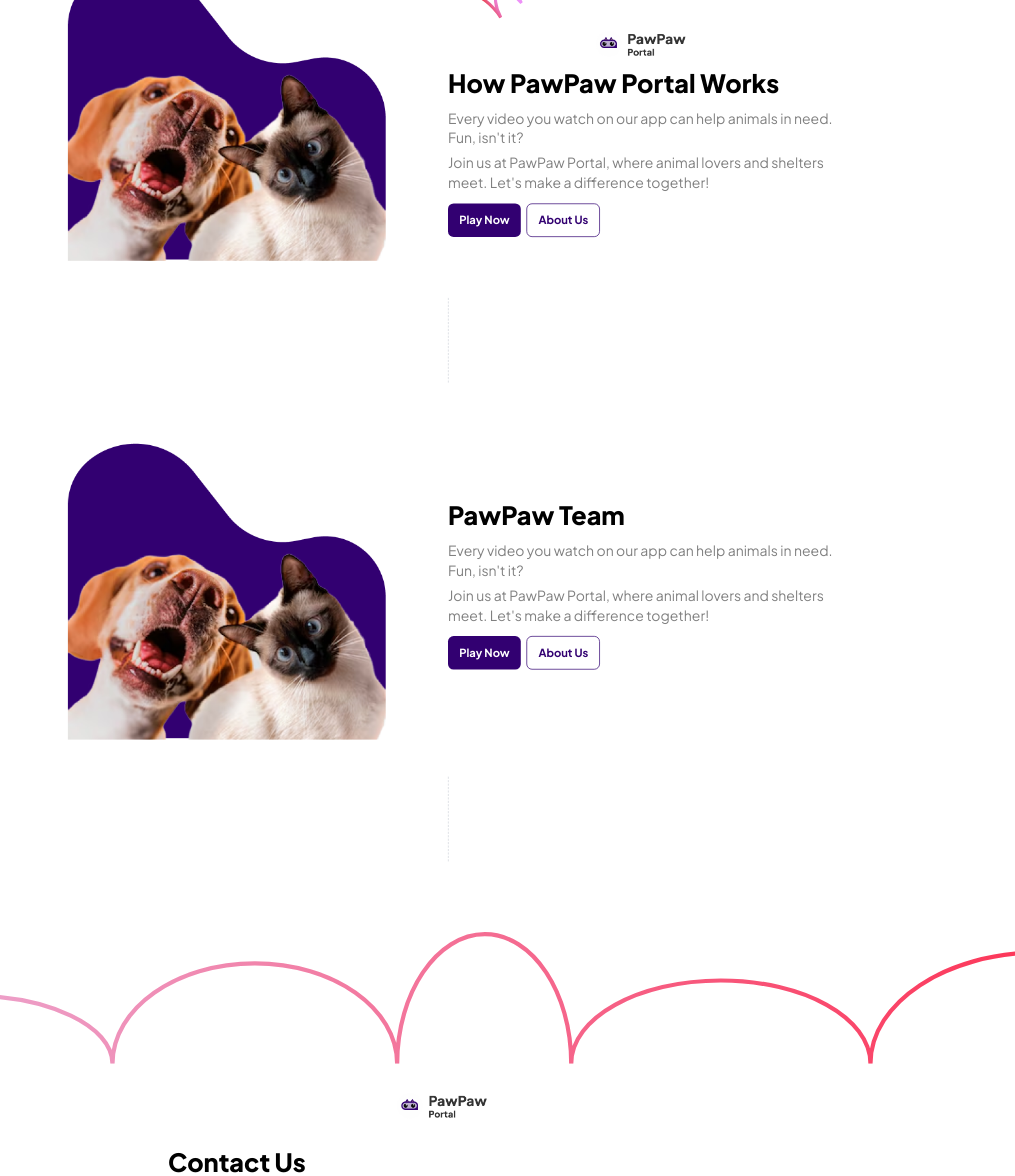
Repository: paskasiregar/pawpawwebsite
Page: /
The author's editor kept a copy of each file at every save. The page is drawn from the files as they stood at one save, then again after the next save.
The browser window is 1280 px wide. The page is 1450 px wide, so the pictures cover 1450 px, including what lies to the right of the window. The pictures show the part of the page from y = 1151 to 2831 px (the page is 3877 px tall), at 70% of full size.
The project was rebuilt for these pictures with package versions that can differ from the ones it lists, and the page was loaded fresh each time. The framework's server and built-in components were replaced by stand-ins that run in the browser. Also part of the build but not shown: next.config.js, next.config.mjs.

Above is the page before, as saved 2024-09-06 11:02:55.

### src/app/layout.js
import { Inter } from "next/font/google";
import "./globals.css";

const inter = Inter({ subsets: ["latin"] });

export const metadata = {
  title: "PawPaw Portal | Your One-Stop Shelter",
  description: "Your One-Stop Shelter",
};

export default function RootLayout({ children }) {
  return (
    <html lang="en">
      <meta
        name="google-adsense-account"
        content="ca-pub-4770655134097556"
      ></meta>
      <body className={inter.className}>{children}</body>
    </html>
  );
}

### src/app/page.js
import { Contact } from "@/components/contact";
import { Divider } from "@/components/divider";
import { Footer } from "@/components/footer";
import { Header } from "@/components/header";
import CTA from "@/components/CTA";
import Hero from "@/components/hero";
import PrimaryButton from "@/components/primaryButton";
import SecButton from "@/components/secButton";
import Image from "next/image";
import bannerImage from "../assets/banner.png";
import logoHeaderImage from "../assets/banner-10.png";
import Link from "next/link";
import Head from "next/head";

export default async function Home() {
  return (
    <div className="w-full font-plus-jakarta m-auto flex min-h-screen flex-col items-center justify-between">
      <Head>
        <script
          async
          src="https://pagead2.googlesyndication.com/pagead/js/adsbygoogle.js?client=ca-pub-4770655134097556"
          crossorigin="anonymous"
        ></script>
      </Head>
      <section className="w-full">
        <div className="centeredcontainer main-container">
          <Header />
        </div>
        <main className="main-container">
          <Hero />
          <Divider />
          <div className="self-stretch bg-white flex flex-col md:flex-row">
            <div className="flex-1 relative h-48 md:h-[489px] z-[0] flex items-center justify-center">
              <Image
                className="w-[80%] h-auto object-cover"
                alt="banner"
                src={bannerImage}
                width={200}
                height={200}
              />
            </div>

            <div
              id="how-it-works"
              className="flex-1 flex flex-col items-center md:items-start justify-center gap-4 z-[1] p-4 md:p-8"
            >
              <div className="space-y-4">
                <div className="flex justify-center md:justify-start">
                  <svg
                    width="130"
                    height="77"
                    viewBox="0 0 130 77"
                    fill="none"
                    xmlns="http://www.w3.org/2000/svg"
                  >
                    <path
                      d="M2.04016 48.038C39.1938 19.0059 75.4362 75.5193 75.4362 75.5193C58.6481 44.4597 70.5515 14.7701 105.05 54.8444C105.05 54.8444 88.8644 34.0647 127.885 2.52962"
                      stroke="url(#paint0_linear_545_35744)"
                      strokeWidth="4.42591"
                      strokeMiterlimit="10"
                      strokeLinejoin="bevel"
                    />
                    <defs>
                      <linearGradient
                        id="paint0_linear_545_35744"
                        x1="19.971"
                        y1="73.8863"
                        x2="126.116"
                        y2="-0.218346"
                        gradientUnits="userSpaceOnUse"
                      >
                        <stop offset="0.2868" stopColor="#E9404C" />
                        <stop offset="0.2967" stopColor="#EA475C" />
                        <stop offset="0.3252" stopColor="#EB5B85" />
                        <stop offset="0.3554" stopColor="#EB6CA8" />
                        <stop offset="0.3871" stopColor="#EC79C5" />
                        <stop offset="0.4209" stopColor="#EC84DB" />
                        <stop offset="0.4577" stopColor="#ED8BEB" />
                        <stop offset="0.4998" stopColor="#ED90F4" />
                        <stop offset="0.5589" stopColor="#ED91F7" />
                      </linearGradient>
                    </defs>
                  </svg>
                </div>
                <div className="hidden md:flex items-center justify-center">
                  <Image
                    className="w-36 h-10 object-cover"
                    alt="Logo"
                    src={logoHeaderImage}
                    width={120}
                    height={20}
                  />
                </div>
                <div className="flex flex-col items-center md:items-start">
                  <div className="relative font-extrabold text-2xl md:text-4xl text-center md:text-left">
                    How PawPaw Portal Works
                  </div>
                </div>
                <div className="self-stretch flex flex-col md:flex-row items-center md:items-start justify-start text-lg md:text-xl text-gray-500">
                  <div className="flex-1 flex flex-col items-center md:items-start justify-start">
                    <div className="self-stretch">
                      <p className="m-0 text-center md:text-left">
                        Every video you watch on our app can help animals in
                        need. Fun, isn&apos;t it?
                      </p>
                      <p className="m-2"></p>
                      <p className="m-0 text-center md:text-left">
                        Join us at PawPaw Portal, where animal lovers and
                        shelters meet. Let&apos;s make a difference together!
                      </p>
                    </div>
                  </div>
                </div>
                <div className="flex flex-col md:flex-row gap-2">
                  <PrimaryButton href="https://game.pawpawportal.com">
                    Play Now
                  </PrimaryButton>
                  <Link
                    href="#about-us"
                    className="flex flex-col md:flex-row gap-2"
                  >
                    <SecButton>About Us</SecButton>
                  </Link>
                </div>
              </div>
            </div>
          </div>

          <Divider />
          <div className="self-stretch bg-white flex flex-col md:flex-row">
            <div className="flex-1 relative h-48 md:h-[489px] z-[0] flex items-center justify-center">
              <Image
                className="w-[80%] h-auto object-cover"
                alt="banner"
                src={bannerImage}
                width={200}
                height={200}
              />
            </div>

            <div
              id="team"
              className="flex-1 flex flex-col items-center md:items-start justify-center gap-4 z-[1] p-4 md:p-8"
            >
              <div className="space-y-4">
                <div className="flex justify-center md:justify-start"></div>
                <div className="flex flex-col items-center md:items-start">
                  <div className="relative font-extrabold text-2xl md:text-4xl text-center md:text-left">
                    PawPaw Team
                  </div>
                </div>
                <div className="self-stretch flex flex-col md:flex-row items-center md:items-start justify-start text-lg md:text-xl text-gray-500">
                  <div className="flex-1 flex flex-col items-center md:items-start justify-start">
                    <div className="self-stretch">
                      <p className="m-0 text-center md:text-left">
                        Every video you watch on our app can help animals in
                        need. Fun, isn&apos;t it?
                      </p>
                      <p className="m-2"></p>
                      <p className="m-0 text-center md:text-left">
                        Join us at PawPaw Portal, where animal lovers and
                        shelters meet. Let&apos;s make a difference together!
                      </p>
                    </div>
                  </div>
                </div>
                <div className="flex flex-col md:flex-row gap-2">
                  <PrimaryButton href="https://game.pawpawportal.com">
                    Play Now
                  </PrimaryButton>
                  <Link
                    href="#about-us"
                    className="flex flex-col md:flex-row gap-2"
                  >
                    <SecButton>About Us</SecButton>
                  </Link>
                </div>
              </div>
            </div>
          </div>

          <Divider />
          <Contact />
        </main>
        <div className="w-full">
          <div>
            <CTA />
          </div>
          <div id="about-us">
            <Footer />
          </div>
        </div>
      </section>
    </div>
  );
}

### src/app/globals.css
@import url("https://fonts.googleapis.com/css2?family=Plus+Jakarta+Sans:wght@400;600;700;800&display=swap");

@tailwind base;
@tailwind components;
@tailwind utilities;

body {
  font-family: "Plus Jakarta Sans", sans-serif;
}

p,
ul {
  color: gray;
  margin-bottom: 2px;
}

section {
  margin-bottom: 8px;
}

.hero-bg {
  display: flex;
  background: radial-gradient(circle,
      rgb(204, 188, 230) 10%,
      rgb(255, 255, 255) 50%);
}

.cta-container {
  display: flex;
  justify-content: center;
  align-items: center;
  position: relative;
  background: radial-gradient(circle, rgb(14, 4, 4) 0%, rgb(14, 1, 51) 100%);
  padding: 20px;
  gap: 20px;
  min-height: 200px;
}

.cta-button {
  display: inline-block;
  padding: 20px 40px;
  font-size: 24px;
  font-weight: bold;
  color: white;
  background: black;
  border-radius: 40px;
  position: relative;
  z-index: 1;
  overflow: hidden;
  transition: all 0.3s ease;
  text-align: center;
}

.cta-button::before {
  content: "";
  position: absolute;
  top: -2px;
  left: -2px;
  right: -2px;
  bottom: -2px;
  background: linear-gradient(90deg,
      rgb(255, 244, 97) 0%,
      rgb(187, 61, 255) 50%,
      rgb(142, 23, 23) 100%);
  z-index: -1;
  border-radius: inherit;
}

.cta-button::after {
  content: "";
  position: absolute;
  top: 2px;
  left: 2px;
  right: 2px;
  bottom: 2px;
  background: black;
  z-index: -1;
  border-radius: inherit;
}

.cta-button:hover {
  color: rgb(237, 246, 133);
  background: white;
}

.footer-bg {
  background: radial-gradient(circle, rgb(14, 4, 4) 0%, rgb(14, 1, 51) 100%);
  color: white;
  text-align: center;
  padding: 20px;
}

.centeredcontainer {
  width: 100vw;
  height: auto;
}

.main-container {
  width: 100%;
  max-width: 1200px;
  margin: 0 auto;
  padding: 0;
}

.header-content {
  display: flex;
  flex-direction: row;
  align-items: center;
  justify-content: space-between;
}

.header-logo-button {
  display: flex;
  flex-direction: row;
  align-items: center;
  gap: 16px;
  /* Adjust spacing as needed */
}

html {
  scroll-behavior: smooth;
}

### src/components/contact.jsx
import React from "react";
import PrimaryButton from "@/components/primaryButton";
import NameInput from "./nameInput";
import EmailInput from "./emailInput";
import MessageInput from "./mesageInput";
import Image from "next/image";
import logoHeaderImage from "../assets/banner-10.png";

export const Contact = () => {
  return (
    <div className="font-plus-jakarta flex flex-col items-center justify-center py-16 px-4 md:px-[200px] gap-[40px] text-29xl">
      <div className="flex justify-start items-start">
        <svg
          width="1620"
          height="188"
          viewBox="0 0 1620 188"
          fill="none"
          xmlns="http://www.w3.org/2000/svg"
        >
          <path
            d="M1891 188C1891 100.375 1784.67 29.342 1653.5 29.342C1522.34 29.342 1413.53 100.375 1413.53 188C1413.53 122.37 1317.84 69.158 1199.78 69.158C1081.72 69.158 986.029 122.362 986.029 188C986.029 85.8274 930.825 3 862.735 3C794.645 3 737.369 85.8274 737.369 188C737.369 108.853 646.33 44.6865 534.029 44.6865C421.728 44.6865 330.689 108.853 330.689 188C330.689 134.381 239.649 90.9105 127.349 90.9105C15.0481 90.9105 -76 134.381 -76 188"
            stroke="url(#paint0_linear_545_35799)"
            strokeWidth="6"
            strokeMiterlimit="10"
            strokeLinejoin="bevel"
          />
          <defs>
            <linearGradient
              id="paint0_linear_545_35799"
              x1="-84.5283"
              y1="91.1699"
              x2="1899.52"
              y2="91.1699"
              gradientUnits="userSpaceOnUse"
            >
              <stop offset="0.0224" stopColor="#EBADD7" />
              <stop offset="1" stopColor="#FF2445" />
            </linearGradient>
          </defs>
        </svg>
      </div>
      <Image
        className="w-36 h-10 object-cover"
        alt="Logo"
        src={logoHeaderImage}
        width={120}
        height={20}
      />
      <div className="text-4xl font-extrabold w-full">Contact Us</div>
      <form
        action="https://forms.office.com/Pages/ResponsePage.aspx?id=FYBQO9x7eUe5JQ3XgE-7JgfHRnXS951Jum6QCf1rDZlUOTFYM1gyVUNMUzAyRTlFRVlHNUo5UVVRSy4u"
        method="post"
        target="_blank"
        className="w-full"
      >
        <div className="w-full flex flex-col items-start gap-[16px] text-base text-light-l800 font-regular-reg-2">
          <div className="w-full flex flex-col md:flex-row gap-[20px]">
            <div className="w-full md:w-1/2">
              <label
                htmlFor="name"
                className="w-full block text-sm font-medium text-gray-700"
              ></label>
              <NameInput className="w-full" id="name" name="name" required />
            </div>
            <div className="w-full md:w-1/2">
              <label
                htmlFor="email"
                className="block text-sm font-medium text-gray-700"
              ></label>
              <EmailInput className="w-full" id="email" name="email" required />
            </div>
          </div>
          <div className="w-full">
            <label
              htmlFor="message"
              className="block text-sm font-medium text-gray-700"
            ></label>
            <MessageInput
              className="w-full"
              id="message"
              name="message"
              required
            />
          </div>
        </div>
        <div className="mt-4">
          <PrimaryButton type="submit">Send Now</PrimaryButton>
        </div>
      </form>
    </div>
  );
};

export default Contact;

### src/components/divider.jsx
export const Divider = () => {
  return (
    <div className="self-stretch h-[195px] flex flex-row items-center justify-center py-16 px-[130px] box-border">
      <div className="w-px relative box-border h-[121px] border-r-[1px] border-dashed border-gray-300" />
    </div>
  );
};

### src/components/header.jsx
import Link from "next/link";
import PrimaryButton from "@/components/primaryButton";
import React from "react";
import Image from "next/image";
import logoHeaderImage from "../assets/banner-10.png";

export const Header = () => {
  return (
    <div className="font-plus-jakarta w-full flex flex-col items-center justify-center text-left text-gray-500">
      <div className="self-stretch bg-white flex flex-col items-center justify-center text-sm">
        <div className="w-full header-content p-2.5 box-border">
          <Link href="/">
            {" "}
            {/* Homepage */}
            <Image
              className="w-36 h-10 object-cover"
              alt="Logo"
              src={logoHeaderImage}
              width={120}
              height={20}
            />
          </Link>
          <div className="hidden md:flex flex-row items-center justify-center gap-8">
            <div>
              <Link href="#how-it-works">How It Works</Link>
            </div>
            <div>
              <Link href="#about-us">About Us</Link>
            </div>
            <div>
              <Link href="/privacy">Privacy Policy</Link>
            </div>
          </div>
          <div className="header-logo-button">
            <PrimaryButton href="https://game.pawpawportal.com">
              Be Our Hero Today!
            </PrimaryButton>
          </div>
        </div>
      </div>
    </div>
  );
};

export default Header;

### src/components/CTA.jsx
import React from "react";
import Link from "next/link";

const CTA = () => {
  return (
    <div className="cta-container font-plus-jakarta p-4 md:p-8 flex flex-col md:flex-row items-center justify-center">
      <svg
        className="cta-decoration mb-4 md:mb-0 md:mr-4"
        width="48"
        height="46"
        viewBox="0 0 48 46"
        fill="none"
        xmlns="http://www.w3.org/2000/svg"
      >
        <path
          d="M2 46C2 27.296 29.551 30.0086 36.5736 34.5625C36.5736 34.5625 14.4611 2 47.5714 2"
          stroke="url(#cta_gradient)"
          strokeWidth="3.92857"
          strokeMiterlimit="10"
          strokeLinejoin="bevel"
        />
        <defs>
          <linearGradient
            id="cta_gradient"
            x1="37.3571"
            y1="2"
            x2="7.5"
            y2="46"
            gradientUnits="userSpaceOnUse"
          >
            <stop stopColor="#FF2445" />
            <stop offset="1" stopColor="#F5AB0E" />
          </linearGradient>
        </defs>
      </svg>
      <Link href="https://game.pawpawportal.com">
        <div className="cta-button text-center bg-gradient-to-r from-orange-500 to-pink-500 text-white font-bold py-2 px-4 rounded-lg shadow-lg cursor-pointer">
          Play Our Game Now
        </div>
      </Link>
    </div>
  );
};

export default CTA;

### src/components/primaryButton.jsx
import React from "react";

const PrimaryButton = ({ children, onClick }) => {
  return (
    <button
      className="self-stretch bg-inherit-320071 hover:bg-blue-700 text-white font-bold px-4 py-3 rounded-lg"
      onClick={onClick}
    >
      {children}
    </button>
  );
};

export default PrimaryButton;

### src/components/secButton.jsx
import React from "react";

const SecButton = ({ children, onClick }) => {
  return (
    <button
      className="bg-white border border-inherit-320071 text-inherit-320071 font-bold py-2 px-4 rounded-lg"
      onClick={onClick}
    >
      {children}
    </button>
  );
};

export default SecButton;

### src/components/nameInput.jsx
import React from "react";

const NameInput = ({ value, onChange }) => {
  return (
    <div className="mb-4">
      <label
        className="block text-gray-700 text-sm font-bold mb-2"
        htmlFor="name"
      >
        Name
      </label>
      <input
        id="name"
        type="text"
        value={value}
        onChange={onChange}
        className="shadow appearance-none border rounded w-full py-2 px-3 text-gray-700 leading-tight focus:outline-none focus:shadow-outline"
        placeholder="Your Name"
      />
    </div>
  );
};

export default NameInput;

### src/components/emailInput.jsx
import React from "react";

const EmailInput = ({ value, onChange }) => {
  return (
    <div className="mb-4">
      <label
        className="block text-gray-700 text-sm font-bold mb-2"
        htmlFor="email"
      >
        Email
      </label>
      <input
        id="email"
        type="email"
        value={value}
        onChange={onChange}
        className="shadow appearance-none border rounded w-full py-2 px-3 text-gray-700 leading-tight focus:outline-none focus:shadow-outline"
        placeholder="Your Email"
      />
    </div>
  );
};

export default EmailInput;

### src/components/mesageInput.jsx
import React from "react";

const MessageInput = ({ value, onChange }) => {
  return (
    <div className="mb-4">
      <label
        className="block text-gray-700 text-sm font-bold mb-2"
        htmlFor="message"
      >
        Message
      </label>
      <textarea
        id="message"
        value={value}
        onChange={onChange}
        className="shadow appearance-none border rounded w-full py-2 px-3 text-gray-700 leading-tight focus:outline-none focus:shadow-outline"
        placeholder="Your Message"
        rows="5"
      />
    </div>
  );
};

export default MessageInput;

Loaded but not shown: tailwind.config.js (24 lines, source omitted); src/components/hero.jsx (211 lines, source omitted); src/components/footer.jsx (175 lines, source omitted)

After the next save:
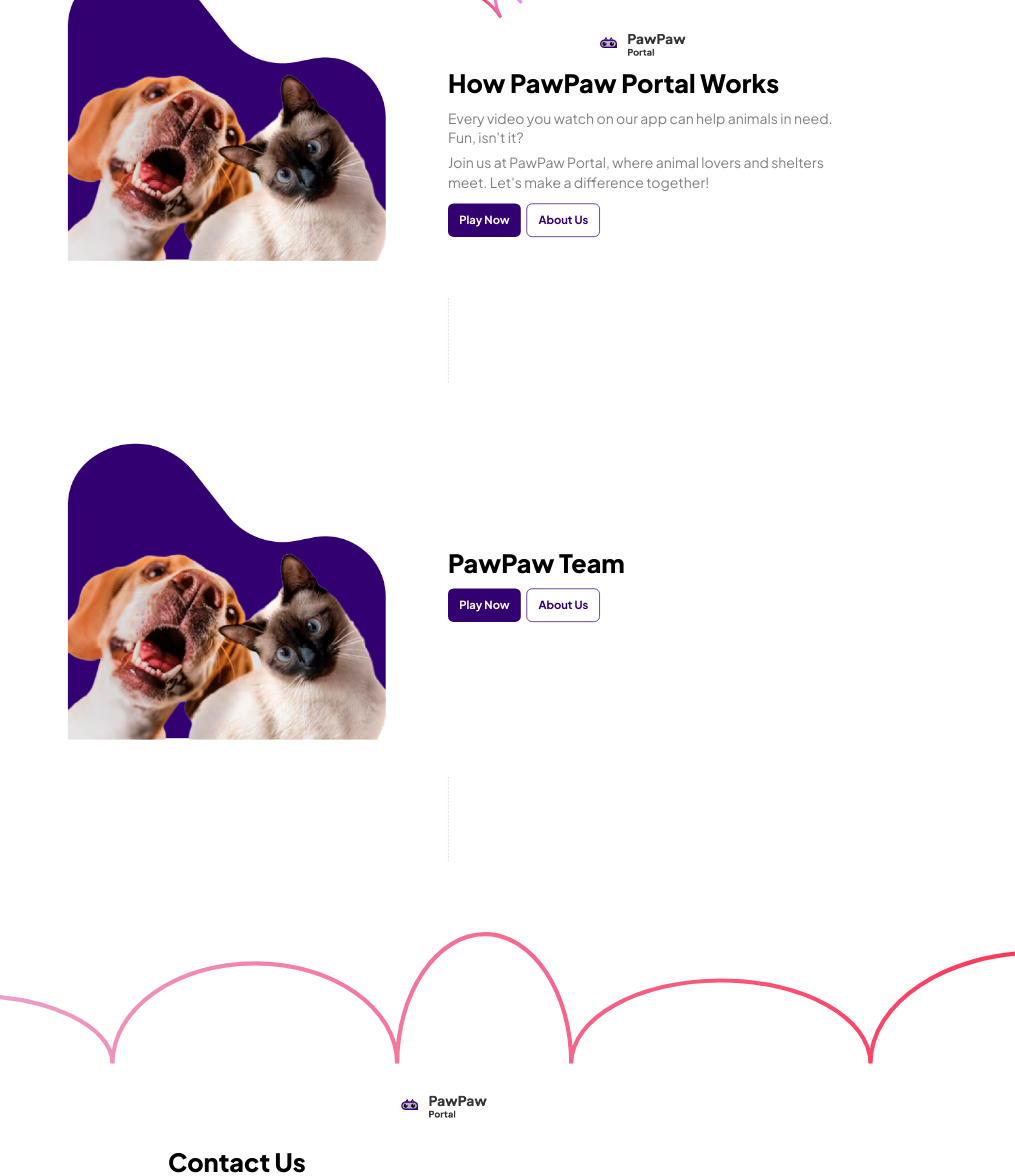
Saved 117 s later.
--- a/src/app/page.js
+++ b/src/app/page.js
@@ -149,7 +149,7 @@ export default async function Home() {
                     PawPaw Team
                   </div>
                 </div>
-                <div className="self-stretch flex flex-col md:flex-row items-center md:items-start justify-start text-lg md:text-xl text-gray-500">
+                {/* <div className="self-stretch flex flex-col md:flex-row items-center md:items-start justify-start text-lg md:text-xl text-gray-500">
                   <div className="flex-1 flex flex-col items-center md:items-start justify-start">
                     <div className="self-stretch">
                       <p className="m-0 text-center md:text-left">
@@ -163,7 +163,7 @@ export default async function Home() {
                       </p>
                     </div>
                   </div>
-                </div>
+                </div> */}
                 <div className="flex flex-col md:flex-row gap-2">
                   <PrimaryButton href="https://game.pawpawportal.com">
                     Play Now
